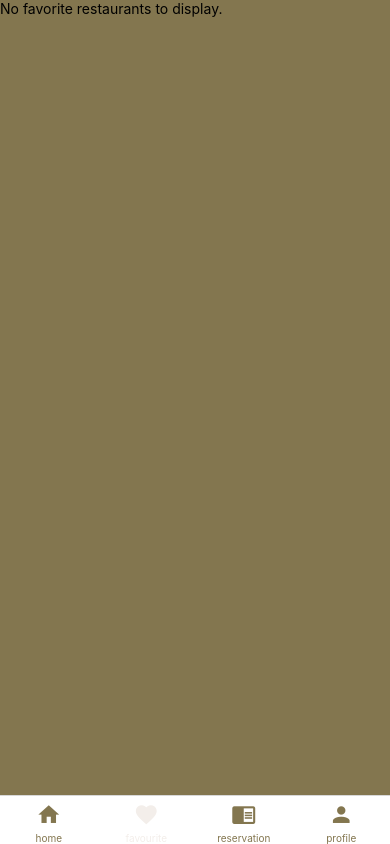
Repository: TemoshoS/restaurant-app
Screen: /favourite
An editor plug-in stored every save of this project. The screen is shown before and after the next save, followed by the edit.
The page's requests for data from a server got no answer. The app was drawn by React Native's web renderer in a window 390 px wide. The project was rebuilt for these pictures with package versions that can differ from the ones it lists, and the page was loaded fresh each time. No one was signed in, and anything a server would have sent is missing. Also part of the build but not shown: Screens/LoginScreen.js, Screens/HomeScreen.js, Screens/RegisterScreen.js, Screens/RestaurantDetailsScreen.js, Screens/MenuScreen.js, Screens/ReservationScreen.js, Screens/PastReserevationScreen.js, Screens/ProfileScreen.js and 2 more.

Above is the screen before, as saved 2023-12-22 15:26:06.

After the next save:
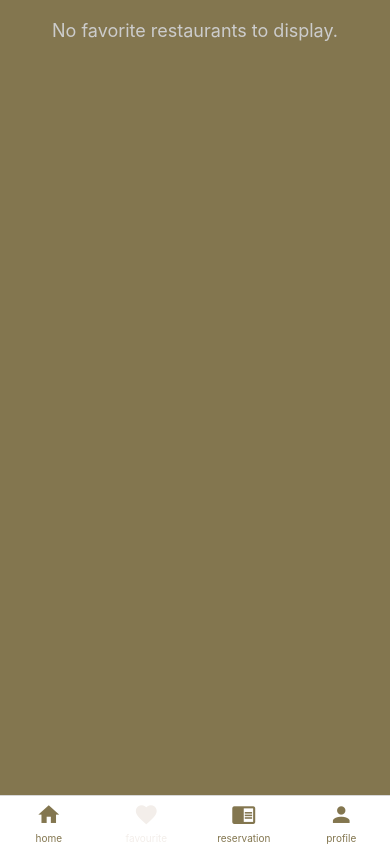
Saved 2 min 12 s later.
--- a/Screens/FavoriteRestaurantScreen.js
+++ b/Screens/FavoriteRestaurantScreen.js
@@ -14,36 +14,32 @@ const FavoriteRestaurantScreen = ({ favRestaurants, fetchFavouriteRestaurants })
     const unsubscribe = onAuthStateChanged(auth, (user) => {
       if (user) {
         setCurrentUserID(user.uid);
-
       } else {
         setCurrentUserID(null);
       }
     });
 
     return () => unsubscribe();
-
   }, []);
 
-
-
- const filteredRestaurants = favRestaurants
- .filter((restaurant) => restaurant.ratings > 10 && restaurant.userId === currentUserID)
- .sort((a, b) => b.ratings - a.ratings);
+  const filteredRestaurants = favRestaurants
+    .filter((restaurant) => restaurant.ratings > 10 && restaurant.userId === currentUserID)
+    .sort((a, b) => b.ratings - a.ratings);
 
   return (
     <ScrollView style={styles.container}>
-    {filteredRestaurants.length === 0 ? (
-      <Text style={styles.emptyMessage}>No favorite restaurants to display.</Text>
-    ) : (
-      filteredRestaurants.map((restaurant) => (
-        <View key={restaurant.id} style={styles.restaurantCard}>
-          <Image source={{ uri: restaurant.restImage }} style={styles.restaurantImage} />
-          <Text style={styles.restaurantName}>Name: {restaurant.restName}</Text>
-          <Text style={styles.restaurantRating}>Rating: {restaurant.ratings}</Text>
-        </View>
-      ))
-    )}
-  </ScrollView>
+      {filteredRestaurants.length === 0 ? (
+        <Text style={styles.emptyMessage}>No favorite restaurants to display.</Text>
+      ) : (
+        filteredRestaurants.map((restaurant) => (
+          <View key={restaurant.id} style={styles.restaurantCard}>
+            <Image source={{ uri: restaurant.restImage }} style={styles.restaurantImage} />
+            <Text style={styles.restaurantName}>{restaurant.restName}</Text>
+            <Text style={styles.restaurantRating}>Rating: {restaurant.ratings}</Text>
+          </View>
+        ))
+      )}
+    </ScrollView>
   );
 };
 
@@ -62,6 +58,7 @@ const styles = StyleSheet.create({
     backgroundColor: '#F3EEEA',
     padding: 16,
     margin: 16,
+    borderRadius: 10,
     shadowColor: '#000',
     shadowOffset: { width: 0, height: 2 },
     shadowOpacity: 0.25,
@@ -71,6 +68,7 @@ const styles = StyleSheet.create({
   restaurantImage: {
     width: '100%',
     height: 150,
+    borderRadius: 8,
     marginBottom: 10,
   },
   restaurantName: {
@@ -83,4 +81,10 @@ const styles = StyleSheet.create({
     fontSize: 16,
     color: '#888',
   },
+  emptyMessage: {
+    fontSize: 18,
+    color: '#ccc',
+    textAlign: 'center',
+    marginTop: 20,
+  },
 });
